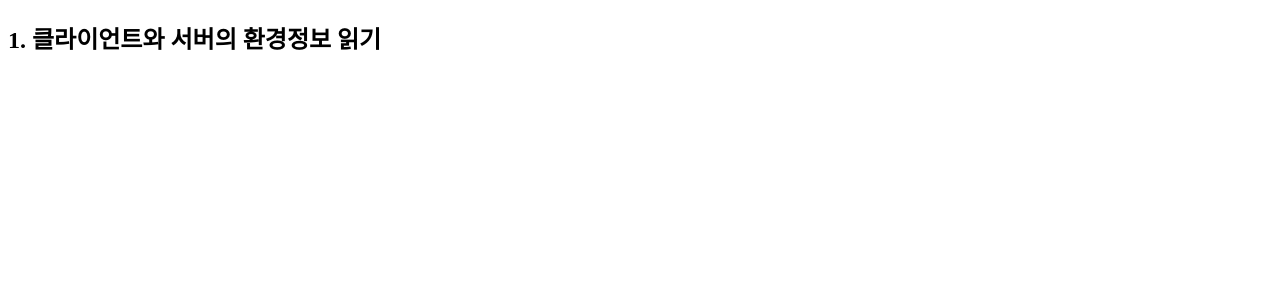
Repository: achul1026/jspStudy
Page: http://localhost/MustHaveJSP/02ImplicitObject/RequestWebInfo.jsp
These files come from the project's save history. The page is drawn as it stood at one moment and after the next save; the edit follows.
The browser window is 1280 px wide. The pictures show the whole page.
The page is served by Tomcat 9. Other server files are loaded and not shown.

Above is the page before, as saved 2022-09-21 12:16:09.

### MustHaveJSP/src/main/webapp/02ImplicitObject/RequestWebInfo.jsp
<%@ page language="java" contentType="text/html; charset=EUC-KR"
    pageEncoding="UTF-8"%>
<!DOCTYPE html>
<html>
<head>
<meta charset="UTF-8">
<title>내장 객체 - request</title>
</head>
<body>
	<h2>1. 클라이언트와 서버의 환경정보 읽기</h2>
</body>
</html>

After the next save:
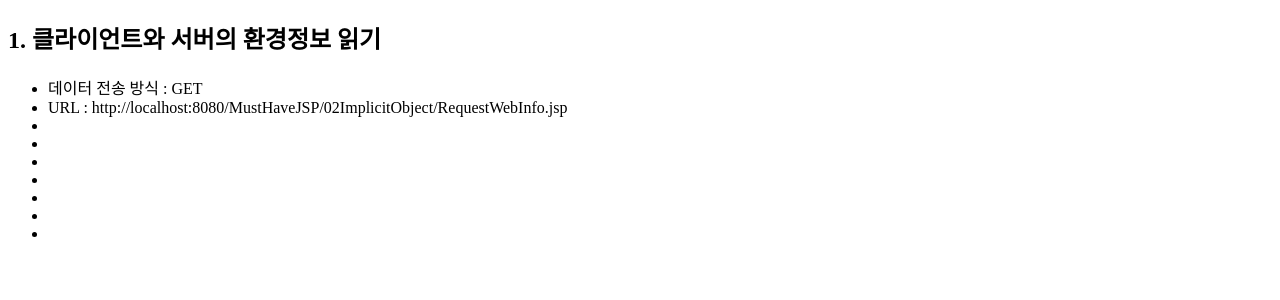
Saved 63 s later.
--- a/MustHaveJSP/src/main/webapp/02ImplicitObject/RequestWebInfo.jsp
+++ b/MustHaveJSP/src/main/webapp/02ImplicitObject/RequestWebInfo.jsp
@@ -8,5 +8,16 @@
 </head>
 <body>
 	<h2>1. 클라이언트와 서버의 환경정보 읽기</h2>
+	<ul>
+		<li>데이터 전송 방식 : <%=request.getMethod() %></li>
+		<li>URL : <%=request.getRequestURL() %></li>
+		<li></li>
+		<li></li>
+		<li></li>
+		<li></li>
+		<li></li>
+		<li></li>
+		<li></li>
+	</ul>
 </body>
 </html>
